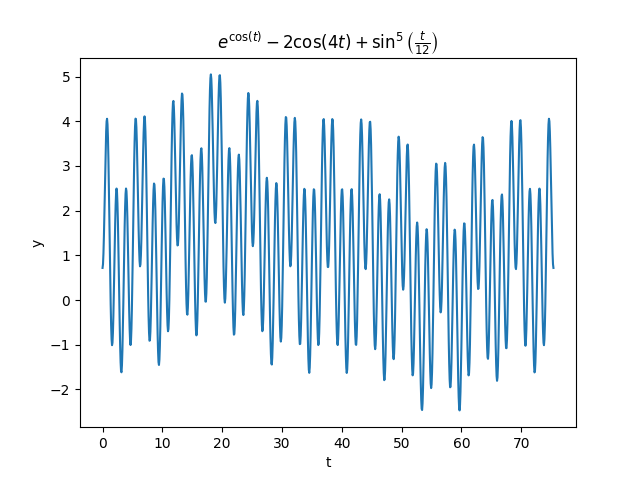
Repository: bamboosingsinwind/interview
Script's output: python zhiyuan/gpt7.py
An editor plug-in stored every save of this project. The script's output is shown before and after the next save, followed by the edit.
Random numbers start from a fixed seed.

Above is the script's output before, as saved 2023-06-07 15:40:23.

### zhiyuan/gpt7.py
import numpy as np
import matplotlib.pyplot as plt

# 定义函数
def f(t):
    return np.exp(np.cos(t)) - 2 * np.cos(4 * t) + np.sin(t/12)**5

# 生成数据
t = np.linspace(0, 24 * np.pi, 1000)
y = f(t)

# 绘制图像
plt.plot(t, y)

# 设置标题和坐标轴标签
plt.title(r"$e^{\cos(t)} - 2\cos(4t) + \sin^{5}\left(\frac{t}{12}\right)$")
plt.xlabel("t")
plt.ylabel("y")

# 显示图像
plt.show()

After the next save:
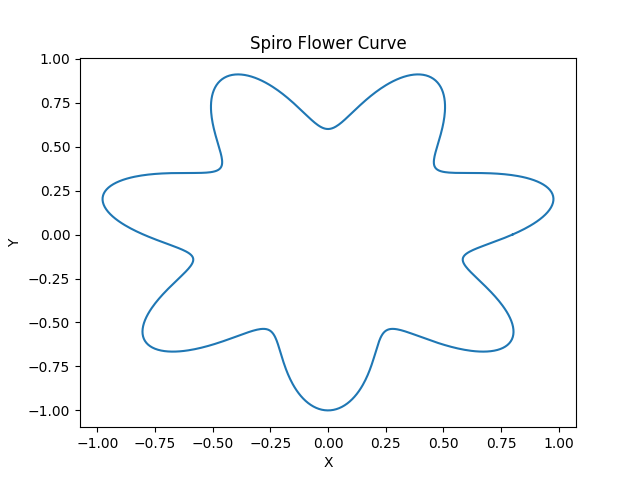
Saved 2 min 56 s later.
--- a/zhiyuan/gpt7.py
+++ b/zhiyuan/gpt7.py
@@ -1,21 +1,23 @@
 import numpy as np
 import matplotlib.pyplot as plt
 
-# 定义函数
-def f(t):
-    return np.exp(np.cos(t)) - 2 * np.cos(4 * t) + np.sin(t/12)**5
+def spiro_flower_curve(t):
+    r = 0.8 + 0.2 * np.sin(7 * t)
+    x = r * np.cos(t)
+    y = r * np.sin(t)
+    return x, y
 
 # 生成数据
-t = np.linspace(0, 24 * np.pi, 1000)
-y = f(t)
+t = np.linspace(0, 2 * np.pi, 1000)
+x, y = spiro_flower_curve(t)
 
 # 绘制图像
-plt.plot(t, y)
+plt.plot(x, y)
 
 # 设置标题和坐标轴标签
-plt.title(r"$e^{\cos(t)} - 2\cos(4t) + \sin^{5}\left(\frac{t}{12}\right)$")
-plt.xlabel("t")
-plt.ylabel("y")
+plt.title("Spiro Flower Curve")
+plt.xlabel("X")
+plt.ylabel("Y")
 
 # 显示图像
 plt.show()
